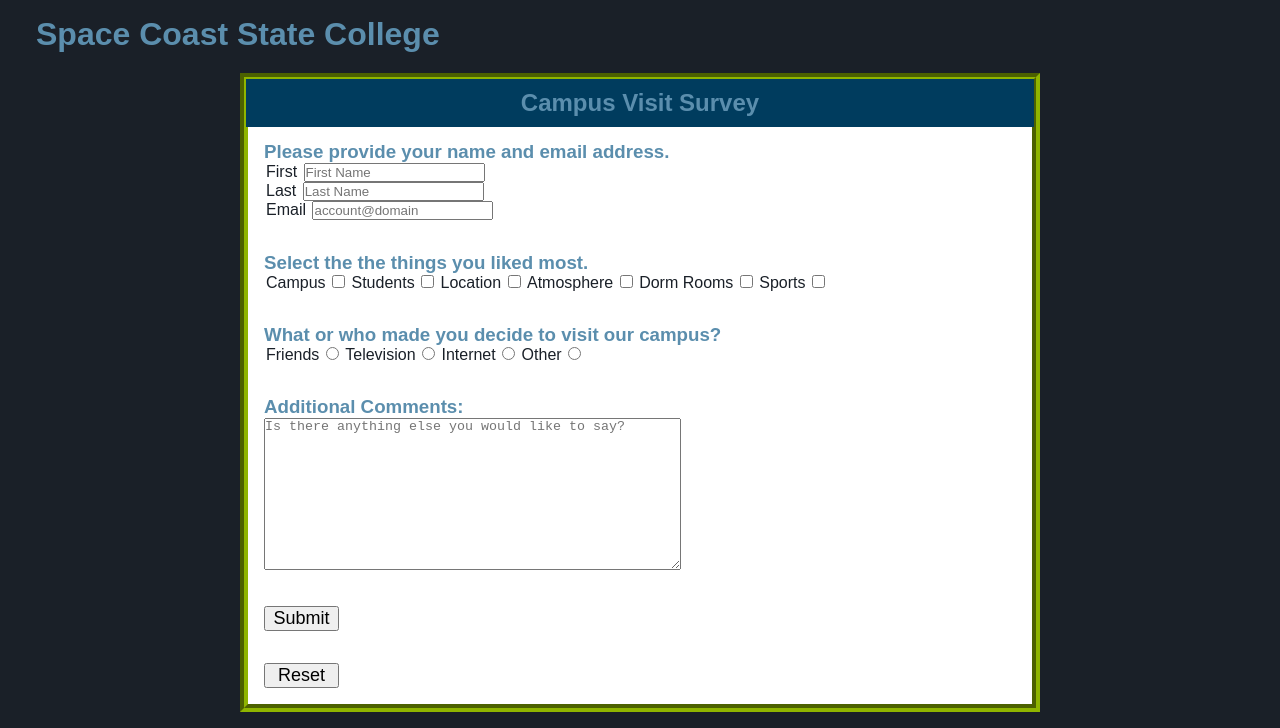
Repository: mlmEFSC21/P2-University-Form
Page: index.html
These files come from the project's save history. The page is drawn as it stood at one moment and after the next save; the edit follows.
The browser window is 1280 px wide. The pictures show the whole page.
Some web fonts or font styles are not loaded; a fallback is used.

Above is the page before, as saved 2022-01-29 20:04:01.

After the next save:
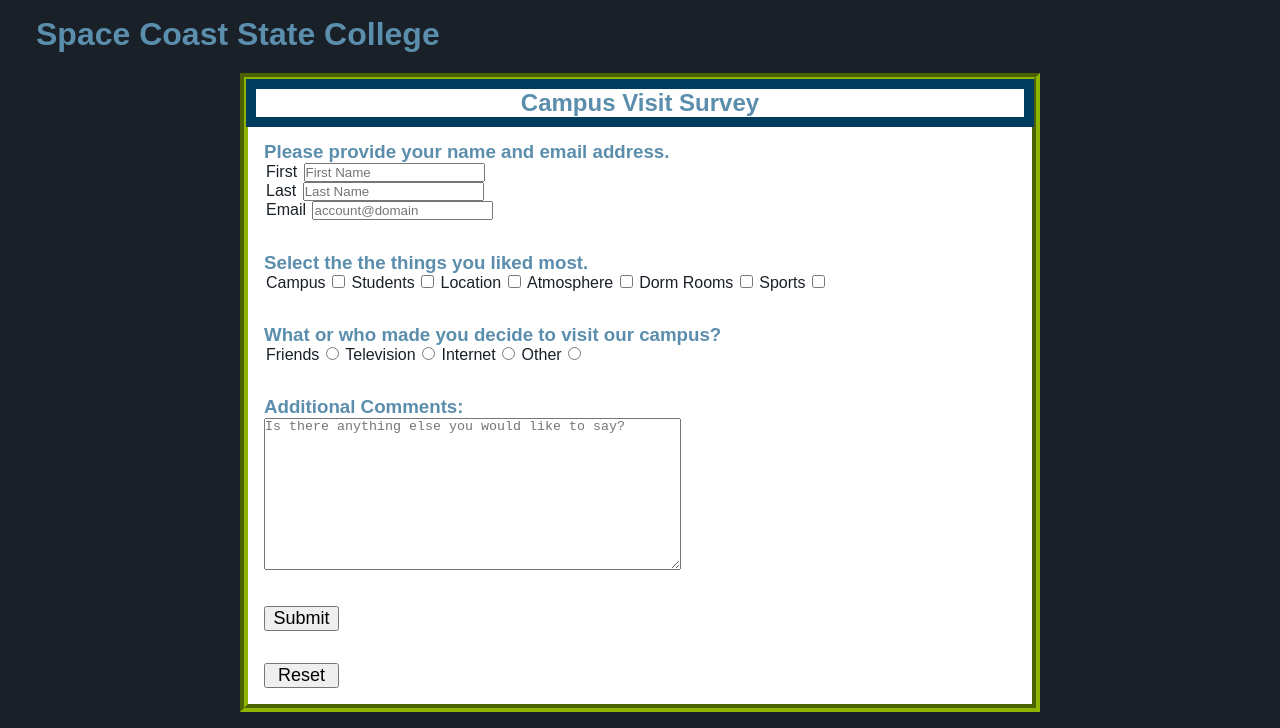
Saved 18 s later.
--- a/uniFormStyles.css
+++ b/uniFormStyles.css
@@ -29,7 +29,7 @@ header {
 h2 {
     margin: -0.75em;
     background-color: var(--clr-prime);
-
+    background: local;
     border: 10px solid var(--clr-prime);
     text-align: center;
 }
